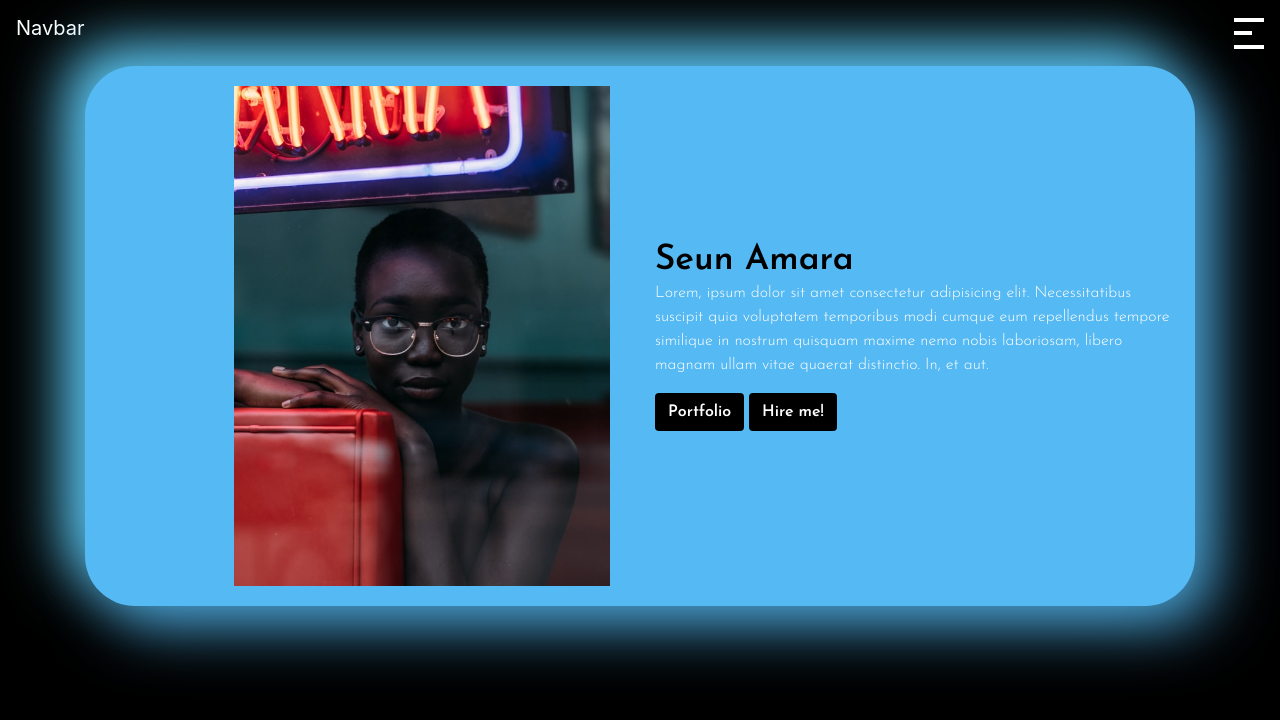
Repository: latenightsnacc/portfolio-site
Page: index.html
The author's editor kept a copy of each file at every save. The page is drawn from the files as they stood at one save, then again after the next save.
The browser window is 1280 px wide. The pictures show the whole page.
The style sheet was rebuilt from its Sass, Less or Tailwind sources for each picture, by a compiler version that may differ from the author's.

Above is the page before, as saved 2020-08-03 14:45:07.

After the next save:
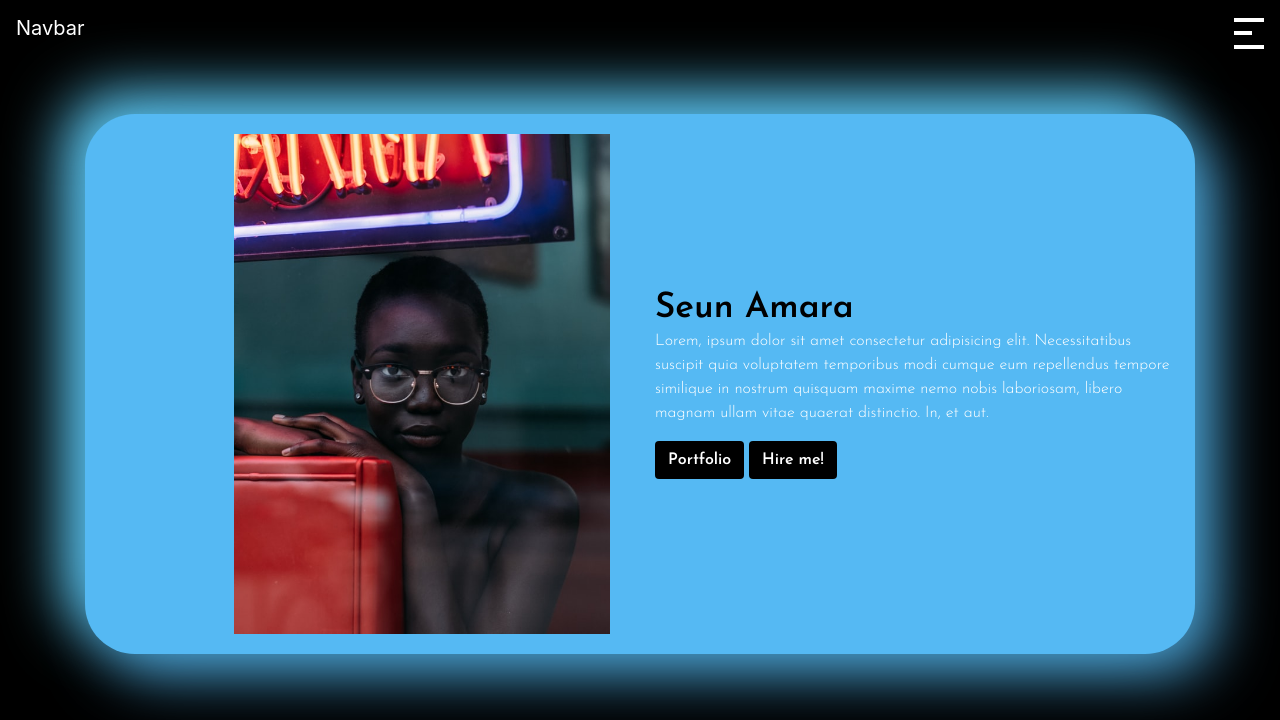
Saved 35 s later.
--- a/index.html
+++ b/index.html
@@ -11,7 +11,7 @@
 <body>
     <main>
         <!--Navigation-->
-        <nav class="navbar navbar-light bg-dark">
+        <nav class="navbar navbar-light bg-dark mb-5">
             <div class="nav-top" id="top">
                 <a class="navbar-brand" href="#">Navbar</a>
                 <div class="menu-icon">
